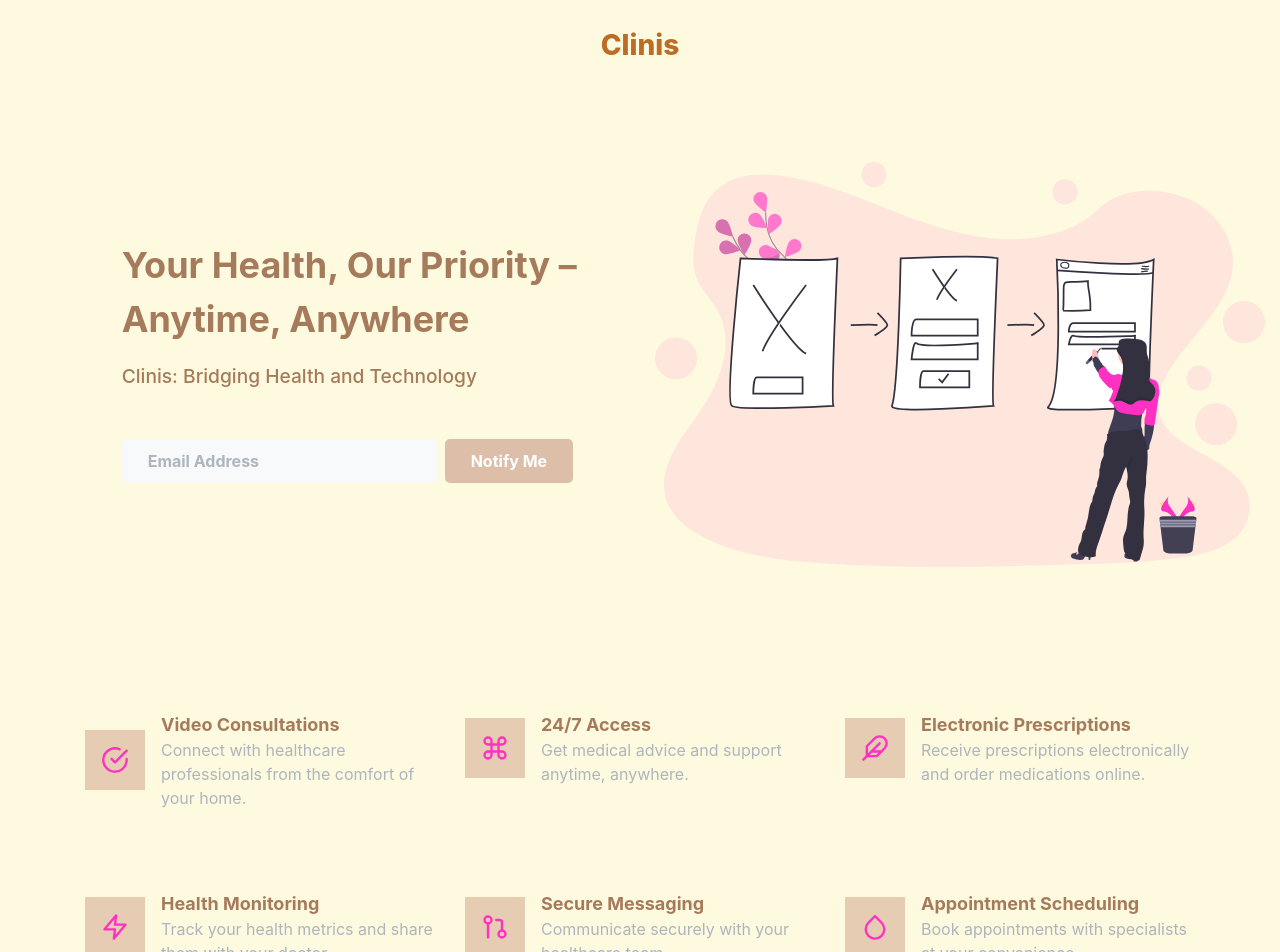
Repository: Rupak09/demo1
Page: index.html
These files come from the project's save history. The page is drawn as it stood at one moment and after the next save; the edit follows.
The browser window is 1280 px wide. The pictures show the part of the page from y = 0 to 952 px (the page is 2819 px tall before and 2057 px after).
A picture or video elsewhere on the page could not be fetched, so the positions and the page height are approximate. Some web fonts or font styles are not loaded; a fallback is used. Some web libraries are served in a nearby version.

Above is the page before, as saved 2024-12-28 12:04:39.

After the next save:
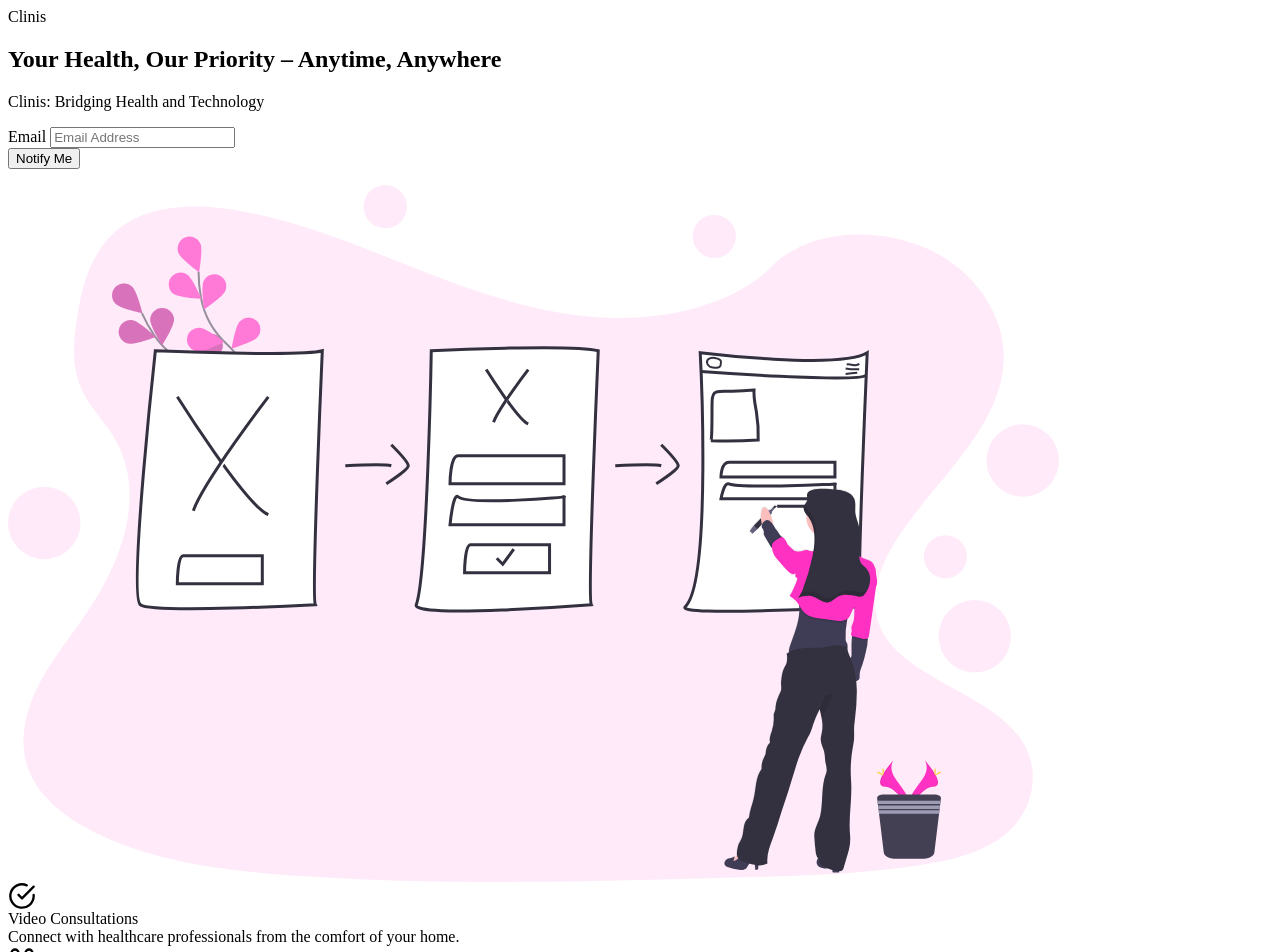
Saved 10 s later.
--- a/index.html
+++ b/index.html
@@ -1,58 +1,3 @@
-<!doctype html>
-<html lang="en">
-<head>
-    <!-- Required meta tags -->
-    <meta charset="utf-8">
-    <meta name="viewport" content="width=device-width, initial-scale=1, shrink-to-fit=no">
-    <title>Clinis</title>
-    <meta name="description" content="Clinis - People's most recommended telemedicine app."/>
-
-    <!-- Google font -->
-    <link href="https://fonts.googleapis.com/css?family=K2D:300,400,500,700,800" rel="stylesheet">
-
-    <!-- Bootstrap CSS / Color Scheme -->
-    <link rel="stylesheet" href="css/bootstrap.css">
-    <style>
-        body {
-            background-color: #fefae0; /* Light Cream */
-            color: #6b4226; /* Dark Brown */
-        }
-        .heading-brand {
-            color: #bc6c25; /* Bronze */
-        }
-        h1, .lead, .title {
-            color: #a57b5b; /* Warm Tan */
-        }
-        .btn-primary {
-            background-color: #ddbea9; /* Soft Beige */
-            border-color: #ddbea9;
-        }
-        .btn-primary:hover {
-            background-color: #bc6c25; /* Bronze */
-            border-color: #bc6c25;
-        }
-        .icon-box-inner {
-            background-color: #e6ccb2; /* Light Tan */
-        }
-        .icon-box-inner span {
-            color: #e07a5f; /* Terracotta */
-        }
-        footer {
-            background-color: #bc6c25; /* Bronze */
-            color: #ffffff; /* White */
-        }
-        a {
-            color: #7f5539; /* Rich Brown */
-        }
-        a:hover {
-            color: #bc6c25; /* Bronze */
-        }
-    </style>
-</head>
-<body>
-<!-- The rest of the HTML remains the same -->
-</body>
-</html>
 
 <!-- Header Section -->
 <section class="pt-4 pb-5">
